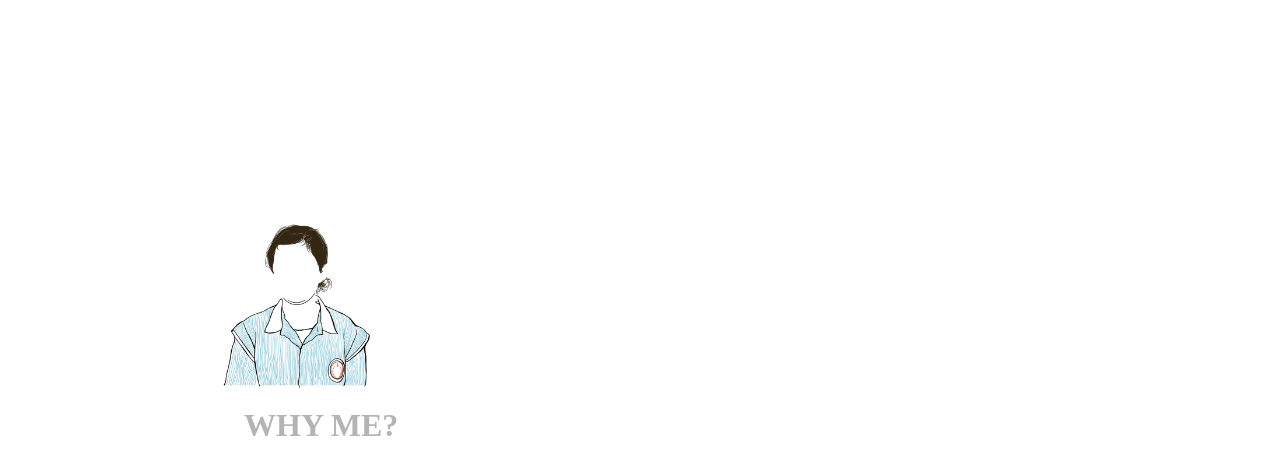
Repository: Lettie123/webpr4
Page: 04.html
The author's editor kept a copy of each file at every save. The page is drawn from the files as they stood at one save, then again after the next save.
The browser window is 1280 px wide. The pictures show the whole page.

Above is the page before, as saved 2020-11-23 21:50:38.

After the next save:
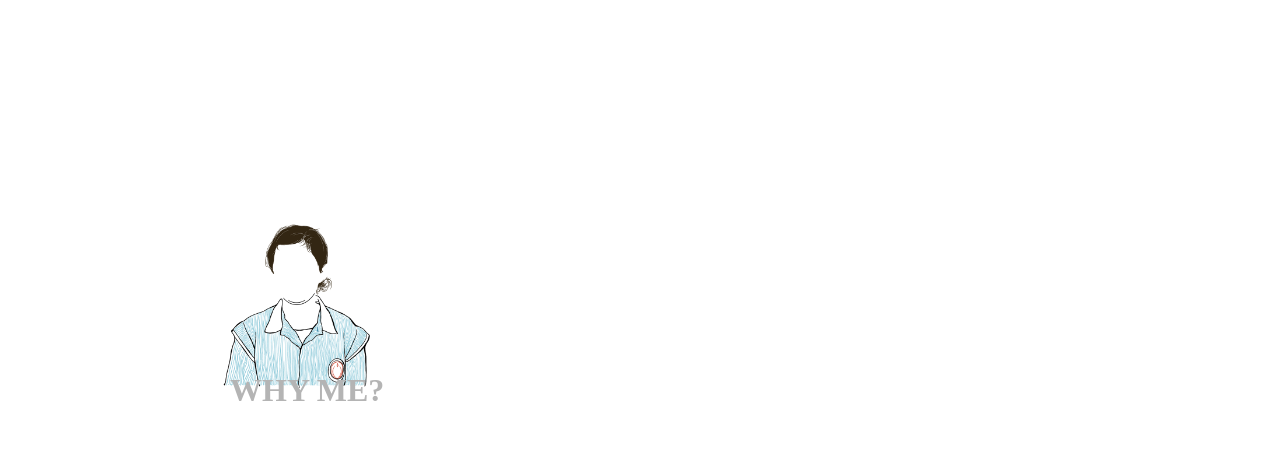
Saved 10 s later.
--- a/04.html
+++ b/04.html
@@ -12,7 +12,7 @@
             <span>
                 <img src="po/14.png" style="width:50%">
             </span>
-            <h1 style="font-size:32px; font-weight: bold; line-height: 16px; top:50%; left:10%; position: absolute;">
+            <h1 style="font-size:32px; font-weight: bold; line-height: 16px; top:40%; left:6%; position: absolute;">
                 WHY ME?
             </h1>
         </div>
